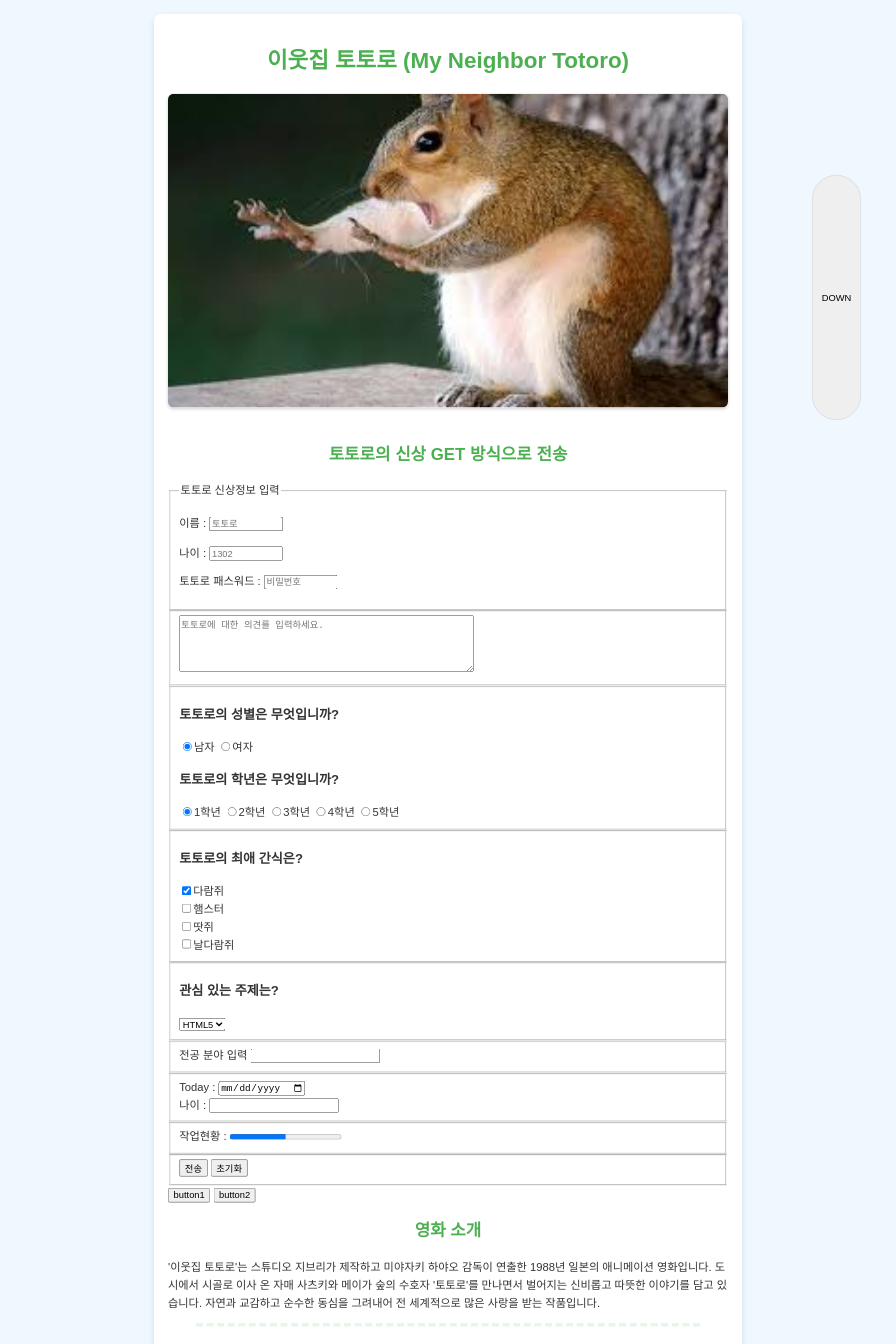
Repository: hsaar/jsworkplace
Page: http://localhost/testjsp/html/test02.jsp
These files come from the project's save history. The page is drawn as it stood at one moment and after the next save; the edit follows.
The browser window is 1280 px wide. The pictures show the part of the page from y = 0 to 1920 px (the page is 3043 px tall), at 70% of full size.
The page is served by Tomcat 9.

Above is the page before, as saved 2025-08-22 03:54:58.

### testjsp/src/main/webapp/html/test02.jsp
<%@ page language="java" contentType="text/html; charset=UTF-8"
    pageEncoding="UTF-8"%>
<!DOCTYPE html>
<html lang="ko">
<head>
    <meta charset="UTF-8">
    <meta name="viewport" content="width=device-width, initial-scale=1.0">
    <title>이웃집 토토로</title>
    <style>
        body {
            font-family: 'Malgun Gothic', 'Apple Gothic', sans-serif;
            line-height: 1.6;
            margin: 0;
            padding: 20px;
            background-color: #f0f8ff; /* 연한 하늘색 배경 */
            color: #333;
        }
        .container {
            max-width: 800px;
            margin: auto;
            background-color: #fff;
            padding: 20px;
            border-radius: 10px;
            box-shadow: 0 4px 10px rgba(0,0,0,0.1);
        }
        h1, h2 {
            color: #4CAF50; /* 토토로 색상 */
            text-align: center;
        }
        .main-image {
            width: 100%;
            height: auto;
            border-radius: 8px;
            margin-bottom: 20px;
            box-shadow: 0 2px 5px rgba(0,0,0,0.2);
        }
        .info-section {
            display: flex;
            gap: 20px;
            flex-wrap: wrap;
            justify-content: center;
            margin-top: 20px;
        }
        .info-card {
            background-color: #e8f5e9;
            padding: 15px;
            border-radius: 8px;
            width: 300px;
        }
        .character-image {
            display: block;
            margin: 10px auto;
            width: 150px;
            border-radius: 50%;
            border: 3px solid #66bb6a;
        }
        ul {
            list-style-type: none;
            padding: 0;
        }
        li {
            padding: 5px 0;
        }
        hr{
        	width: 90%;
        	border: 0;
        	border-top:5px dashed #e8f5e9;
        }
        #up,#down{
        	position: absolute;
      	 	width: 70px;
        	height: 350px;
        	right: 50px;
        	border-radius: 70px;
        	top: 250px;
        	border: 1px solid #dddddd;
        }
    </style>
    <script src="https://code.jquery.com/jquery-latest.min.js"></script>
    <script type="text/javascript">
    	$(document).ready(function() {
    		var tmp = parseInt($("#up,#down").css('top'));

    		$(window).scroll(function() {
				var scrollTop = $(window).scrollTop();
				var obj_position = scrollTop + tmp + "px";

				$("#up,#down").stop().animate({"top":obj_position},500);
			});

    		$("#up,#down").click(function() {
    			const offset = $("#up,#down").offset();
    			$("html").animate({scrollTop: 0}, 500 );
			});

		});
    </script>
</head>
<body>

    <div class="container">
        <h1>이웃집 토토로 (My Neighbor Totoro)</h1>

        <img src="../image/ramjii.jpg" alt="이웃집 토토로 포스터" class="main-image">
        <h2>토토로의 신상 GET 방식으로 전송</h2>
		<form name = "test" action="test03.jsp" method="post">
			<fieldset>
			<legend>토토로 신상정보 입력</legend>
			<p>
				이름 : <input type = "text" name="name" placeholder = "토토로" size = "10" required>
			</p>
			<p>
				나이 : <input type = "text" name="major" placeholder = "1302" size = "10" required>
			</p>
			<p>
				토토로 패스워드 : <input type = "password" name="password" placeholder = "비밀번호" size = "10" required>
			</p>

			</fieldset>
			<fieldset>
				<textarea rows="5" cols="50" name = "textarea" placeholder = "토토로에 대한 의견를 입력하세요."></textarea><br>
			</fieldset>
			<fieldset>
			<h3>토토로의 성별은 무엇입니까?</h3>
			<input type = "radio" name = "sex" value = "male" checked>남자
			<input type = "radio" name = "sex" value = "female">여자
			<h3>토토로의 학년은 무엇입니까?</h3>
			<input type = "radio" name = "grade" value = "1" checked>1학년
			<input type = "radio" name = "grade" value = "2" >2학년
			<input type = "radio" name = "grade" value = "3" >3학년
			<input type = "radio" name = "grade" value = "4" >4학년
			<input type = "radio" name = "grade" value = "5" >5학년
			</fieldset>
			<fieldset>
			<h3>토토로의 최애 간식은?</h3>
			<input type = "checkbox" name="subject" value = "다람쥐" checked>다람쥐<br>
			<input type = "checkbox" name="subject" value = "햄스터" >햄스터<br>
			<input type = "checkbox" name="subject" value = "땃쥐" >땃쥐<br>
			<input type = "checkbox" name="subject" value = "날다람쥐" >날다람쥐
			</fieldset>
			<fieldset>
			<h3>관심 있는 주제는?</h3>
			<select name="subjects">
				<option value="1" selected>HTML5</option>
				<option value="2" >CSS3</option>
				<option value="3" >Java</option>
				<option value="4" >Jquery</option>
			</select>
			</fieldset>
			<fieldset>
			<label>전공 분야 입력
				<input type = "text" list = "majorlist" name="majorlist">
				<datalist id="majorlist">
					<option value = "software" size = "15">소프트웨어</option>
					<option value = "Robot">로봇</option>
					<option value = "System">시스템</option>
					<option value = "Service">서비스</option>
				</datalist>
			</label>
			</fieldset>
			<fieldset>
				Today : <input type = "date" name="today" min = "2020-01-01"><br>
				나이 : <input type = "number" name = "number">

			</fieldset>
			<fieldset>
			작업현황 : <progress value = "5" max="10" title="진행률">20%</progress>
			</fieldset>
			<fieldset>
			<input type = "submit" value = "전송">
			<input type = "reset" value = "초기화">
			</fieldset>
		</form>

		<input type = "button" id="target1" value="button1">
		<input type = "button" id="target2" value="button2">
		<script type="text/javascript">
			var t1 = document.getElementById('target1');
			var t2 = document.getElementById('target2');
			function bt(){
				switch(event.target.id){
				case 'target1':
					alert('button1');
					break;
				case 'target2':
					alert('button2');
					break;
				}
			}
			t1.addEventListener('click', bt);
			t2.addEventListener('click', bt);
		</script>

        <h2>영화 소개</h2>
        <p>
            '이웃집 토토로'는 스튜디오 지브리가 제작하고 미야자키 하야오 감독이 연출한 1988년 일본의 애니메이션 영화입니다. 도시에서 시골로 이사 온 자매 사츠키와 메이가 숲의 수호자 '토토로'를 만나면서 벌어지는 신비롭고 따뜻한 이야기를 담고 있습니다.
            자연과 교감하고 순수한 동심을 그려내어 전 세계적으로 많은 사랑을 받는 작품입니다.
        </p>

        <hr>

        <h2>등장인물</h2>
        <div class="info-section">
            <div class="info-card">
                <h3>토토로 (Totoro)</h3>
                <img src="../image/totoro.jpg" alt="토토로 이미지" class="character-image">
                <p>
                    숲에 사는 거대한 생물로, 몸이 크고 푹신푹신한 회색 털을 가졌습니다. 아이들에게만 보이는 신비로운 존재로, 소리를 내어 울거나 회오리 바람을 일으키는 등 여러 능력을 보여줍니다.
                </p>
            </div>

            <div class="info-card">
                <h3>사츠키와 메이</h3>
                <img src="../image/saki.jpg" alt="사츠키와 메이 이미지" class="character-image">
                <p>
                    <strong>사츠키:</strong> 11세 소녀로, 동생 메이를 잘 챙기는 의젓한 언니입니다.<br>
                    <strong>메이:</strong> 4세의 어린 동생으로, 호기심이 많고 순수한 아이입니다. 토토로를 가장 먼저 만납니다.
                </p>
            </div>

            <div class="info-card">
                <h3>고양이 버스 (Catbus)</h3>
                <img src="../image/bus.jpg" alt="고양이 버스 이미지" class="character-image">
                <p>
                    토토로의 친구이자 신비로운 이동수단입니다. 커다란 고양이 몸에 12개의 다리와 버스 형태의 속이 비어있는 독특한 외형을 가졌습니다.
                </p>
            </div>
        </div>

        <hr>

        <h2>명대사</h2>
        <ul>
            <li>"도토리... 도토리다!" - 메이</li>
            <li>"토토로! 토토로!" - 메이</li>
            <li>"울지마, 메이. 길은 반드시 열려있어." - 사츠키</li>
        </ul>

        <p style="text-align: center; margin-top: 30px; color: #888;">&copy; 스튜디오 지브리. 모든 권리 보유.</p>

    </div>
    <button id = "up">UP</button>
    <button id = "down">DOWN</button>

</body>
</html>

After the next save:
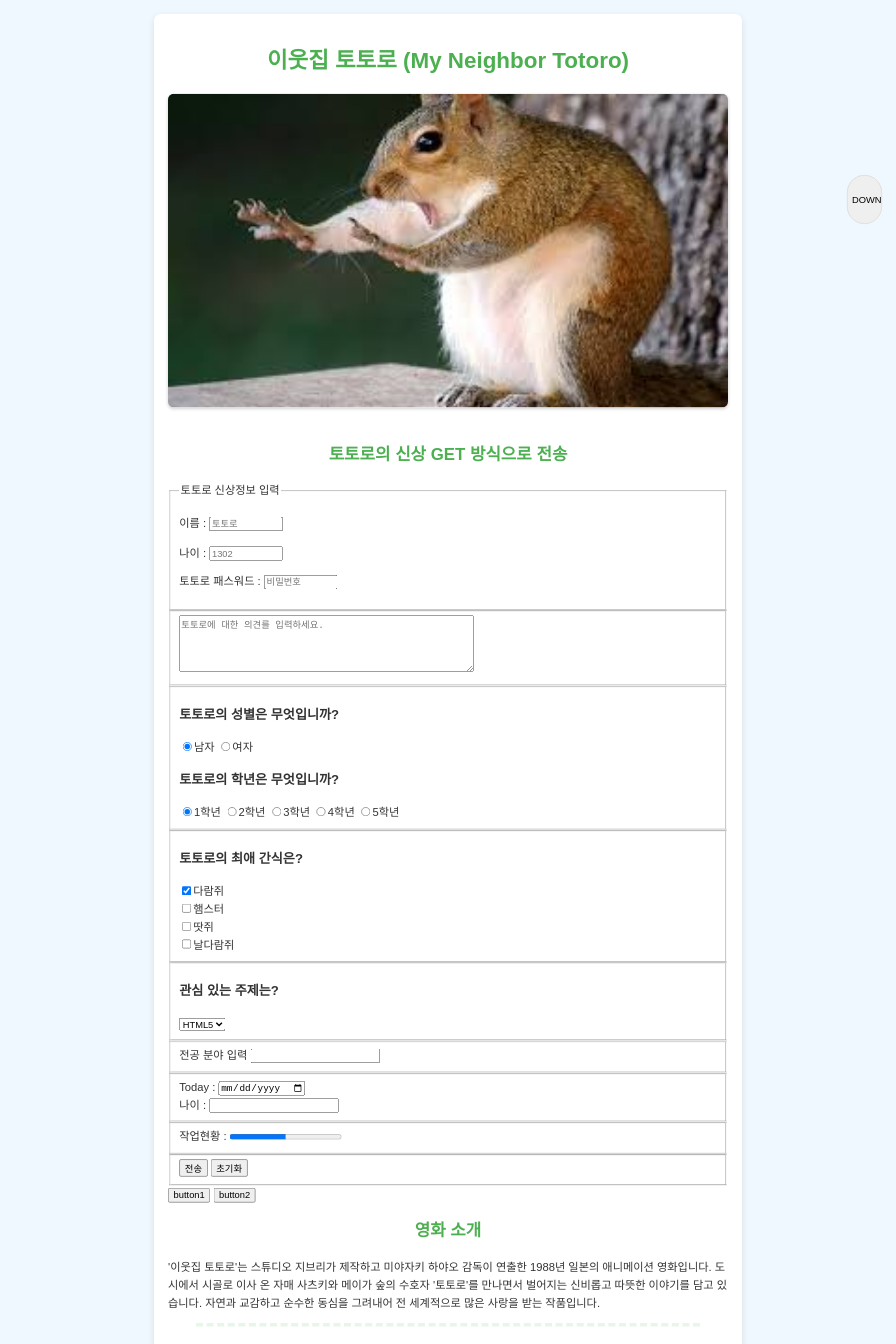
Saved 27 s later.
--- a/testjsp/src/main/webapp/html/test02.jsp
+++ b/testjsp/src/main/webapp/html/test02.jsp
@@ -68,9 +68,9 @@
         }
         #up,#down{
         	position: absolute;
-      	 	width: 70px;
-        	height: 350px;
-        	right: 50px;
+      	 	width: 50px;
+        	height: 70px;
+        	right: 20px;
         	border-radius: 70px;
         	top: 250px;
         	border: 1px solid #dddddd;
